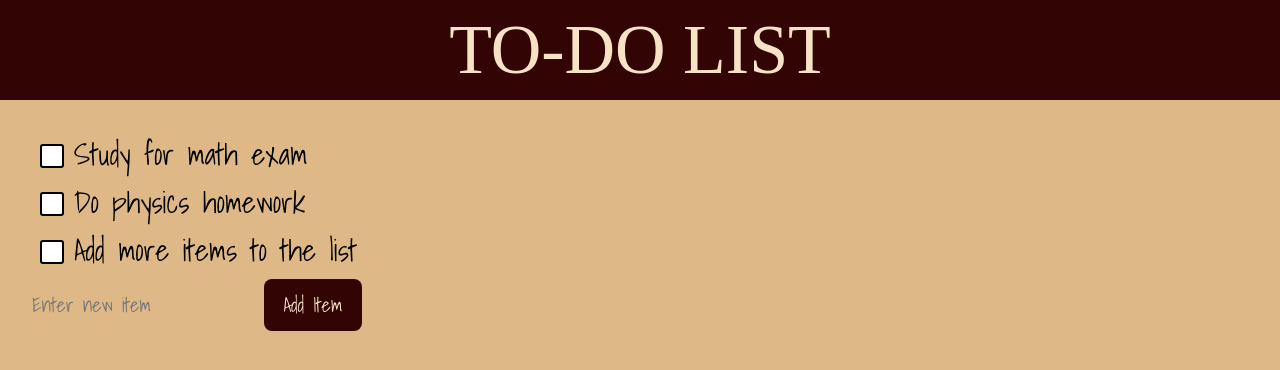
Repository: riya10483/pomodoro
Page: todo.html
An editor plug-in stored every save of this project. The page is shown before and after the next save, followed by the edit.
The browser window is 1280 px wide. The pictures show the whole page.
Some web fonts or font styles are not loaded; a fallback is used.

Above is the page before, as saved 2024-09-28 22:16:22.
Console error: TypeError: Cannot set properties of null (setting 'innerHTML')

After the next save:
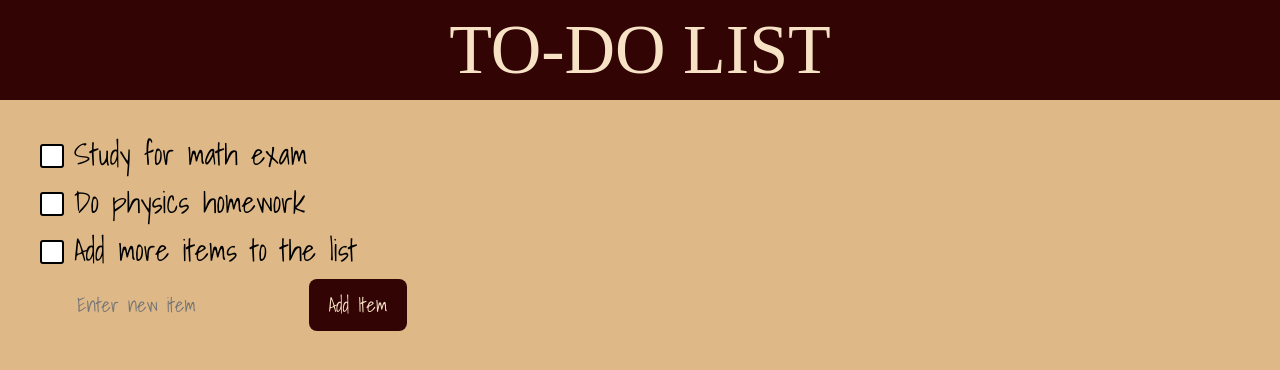
Saved 4 s later.
--- a/todo.css
+++ b/todo.css
@@ -66,7 +66,7 @@ input[type="checkbox"]:checked + label {
 input[type="text"] {
     width: fit-content;
     font-size: 20px;
-    margin-left: ;
+    margin-left: 75px;
 }
 
 button {
